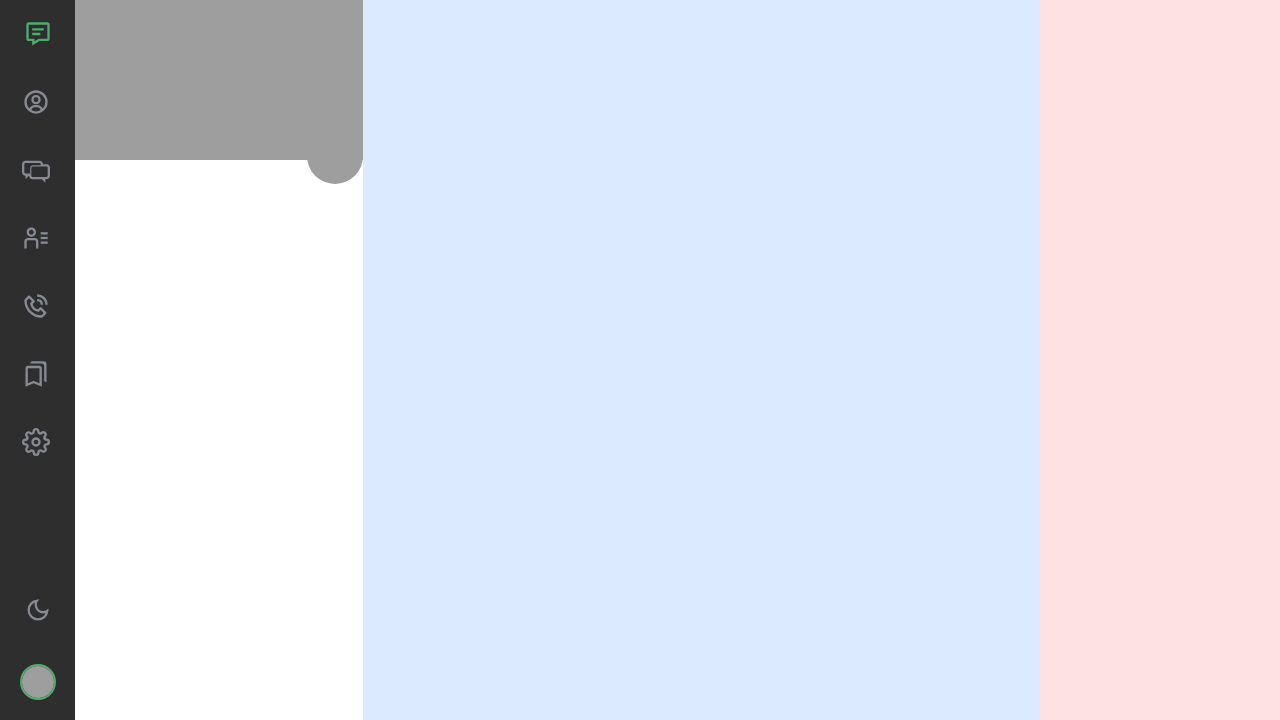
Repository: satya-ranjon/Chat-app
Page: /
An editor plug-in stored every save of this project. The page is shown before and after the next save, followed by the edit.
The browser window is 1280 px wide. The pictures show the whole page.
Pictures or frames that could not be fetched are drawn as grey boxes. The project was rebuilt for these pictures with package versions that can differ from the ones it lists, and the page was loaded fresh each time.

Above is the page before, as saved 2022-03-31 03:19:09.

After the next save:
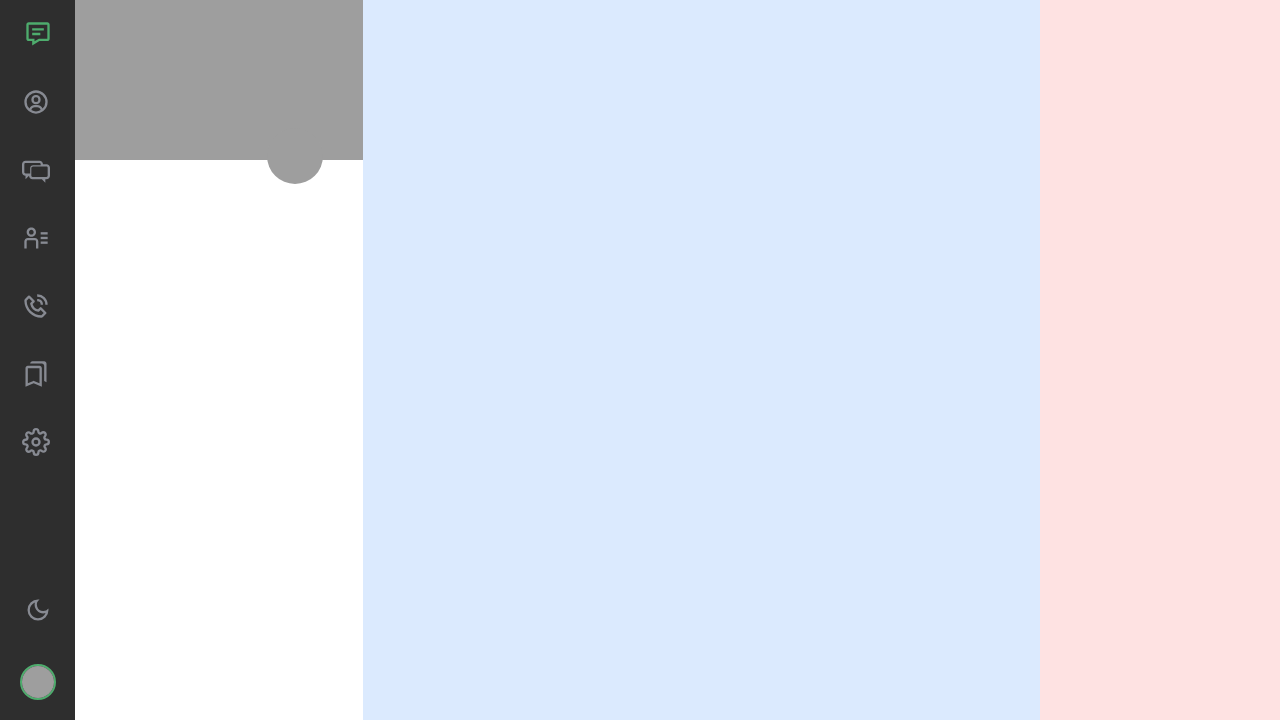
Saved 6 s later.
--- a/src/components/MyProfile/MyProfile.jsx
+++ b/src/components/MyProfile/MyProfile.jsx
@@ -8,7 +8,7 @@
     <div className="w-72 h-screen ">
       <div className="relative">
         <img src={Image} alt={Image} className="w-full h-40" />
-        <UserImage className="w-14 h-14 rounded-full absolute  -bottom-6 right-0 mx-10-auto" />
+        <UserImage className="w-14 h-14 rounded-full absolute  -bottom-6 right-0 mx-10" />
       </div>
     </div>
   );

After the save that followed:
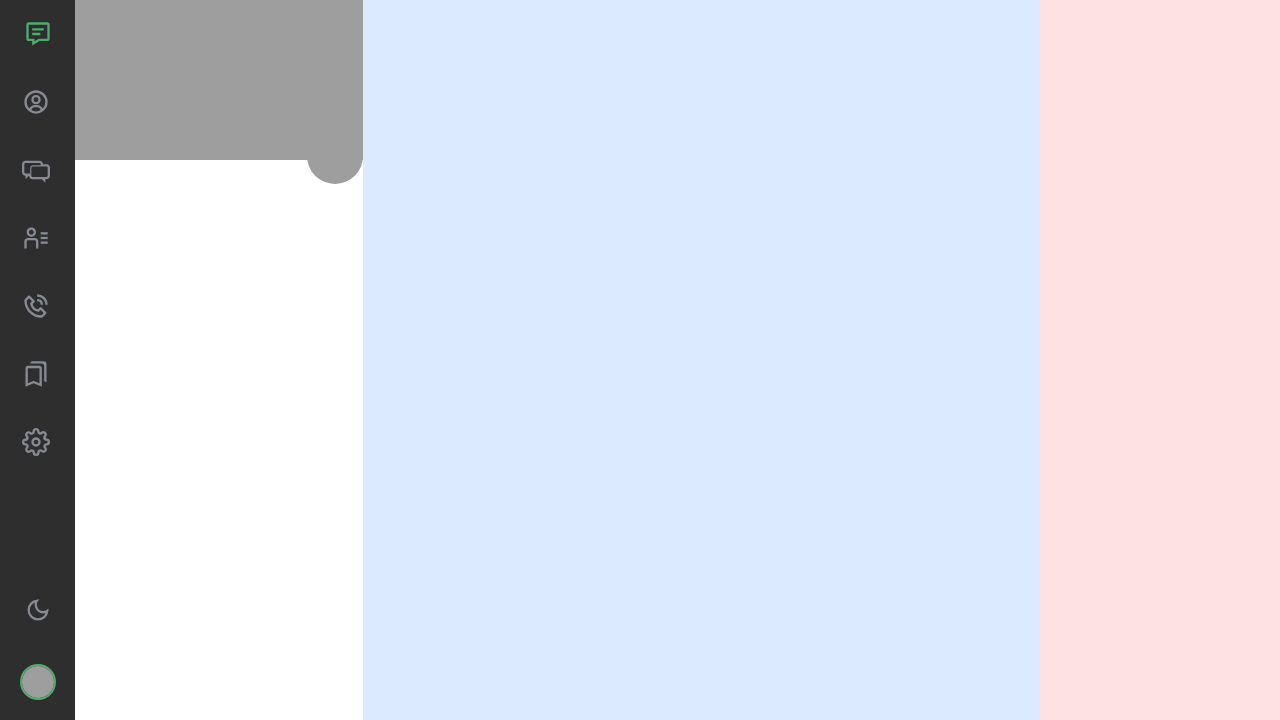
Saved 8 s later.
--- a/src/components/MyProfile/MyProfile.jsx
+++ b/src/components/MyProfile/MyProfile.jsx
@@ -8,7 +8,7 @@
     <div className="w-72 h-screen ">
       <div className="relative">
         <img src={Image} alt={Image} className="w-full h-40" />
-        <UserImage className="w-14 h-14 rounded-full absolute  -bottom-6 right-0 mx-10" />
+        <UserImage className="w-14 h-14 rounded-full absolute  -bottom-6 right-0 mx-auto" />
       </div>
     </div>
   );
